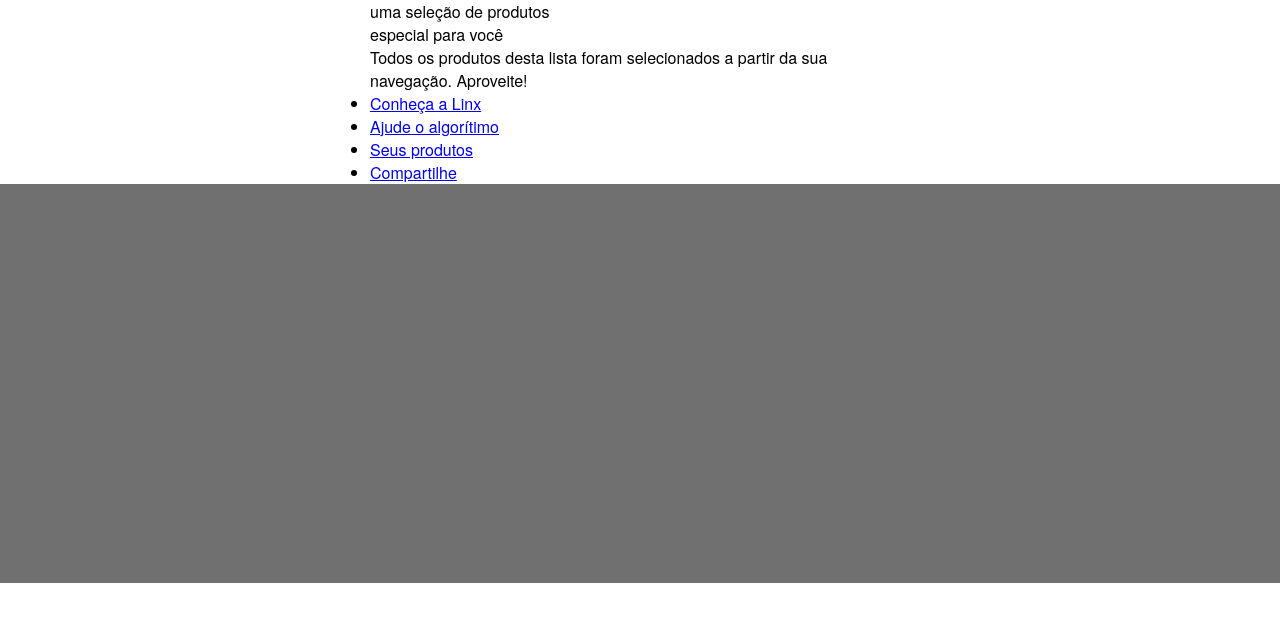
Repository: danielpellicano/front-end-developer-test-linx-2020
Page: index.html
These files come from the project's save history. The page is drawn as it stood at one moment and after the next save; the edit follows.
The browser window is 1280 px wide. The pictures show the whole page.
Some web fonts or font styles are not loaded; a fallback is used.

Above is the page before, as saved 2020-09-01 12:02:58.

After the next save:
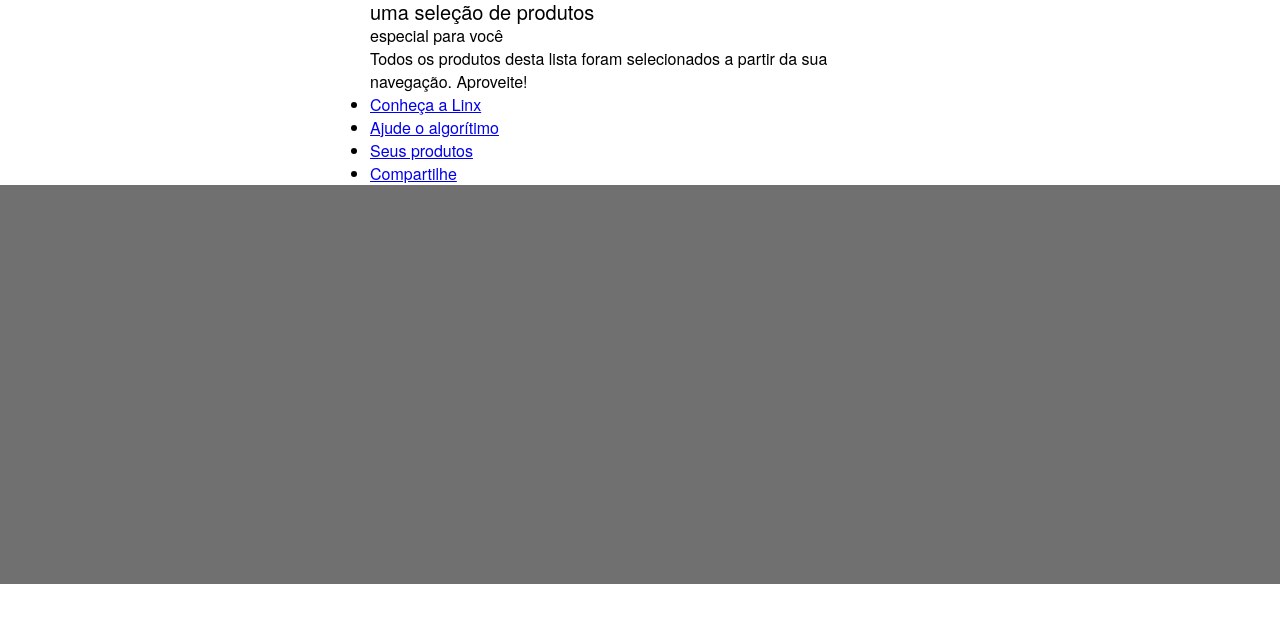
Saved 3 min 23 s later.
--- a/css/style.css
+++ b/css/style.css
@@ -112,3 +112,9 @@ body {
     position: absolute;
     height: 399px;
 }
+
+#header h1 {
+    font-size: 20px;
+    line-height: 24px;
+    margin-bottom: 0;
+}
